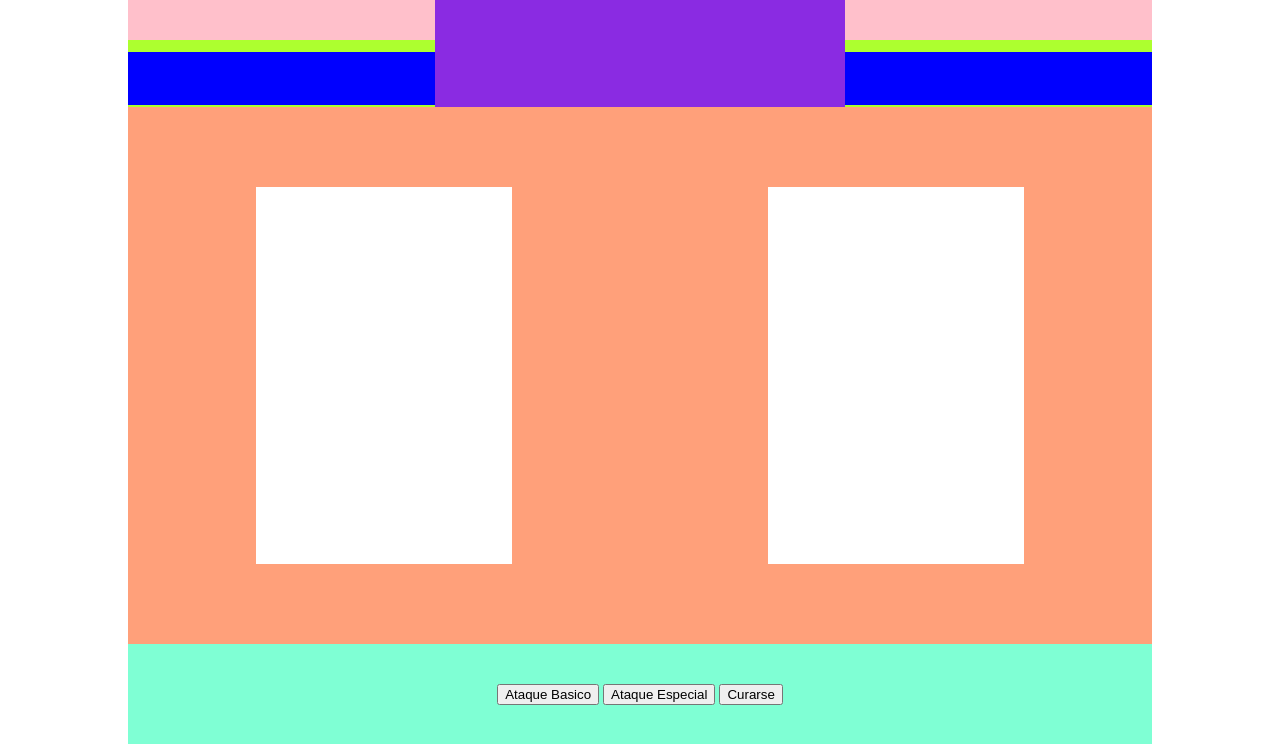
Repository: NovaDuel/novaduel-game
Page: index.html
These files come from the project's save history. The page is drawn as it stood at one moment and after the next save; the edit follows.
The browser window is 1280 px wide. The pictures show the whole page.

Above is the page before, as saved 2024-03-25 12:26:34.

After the next save:
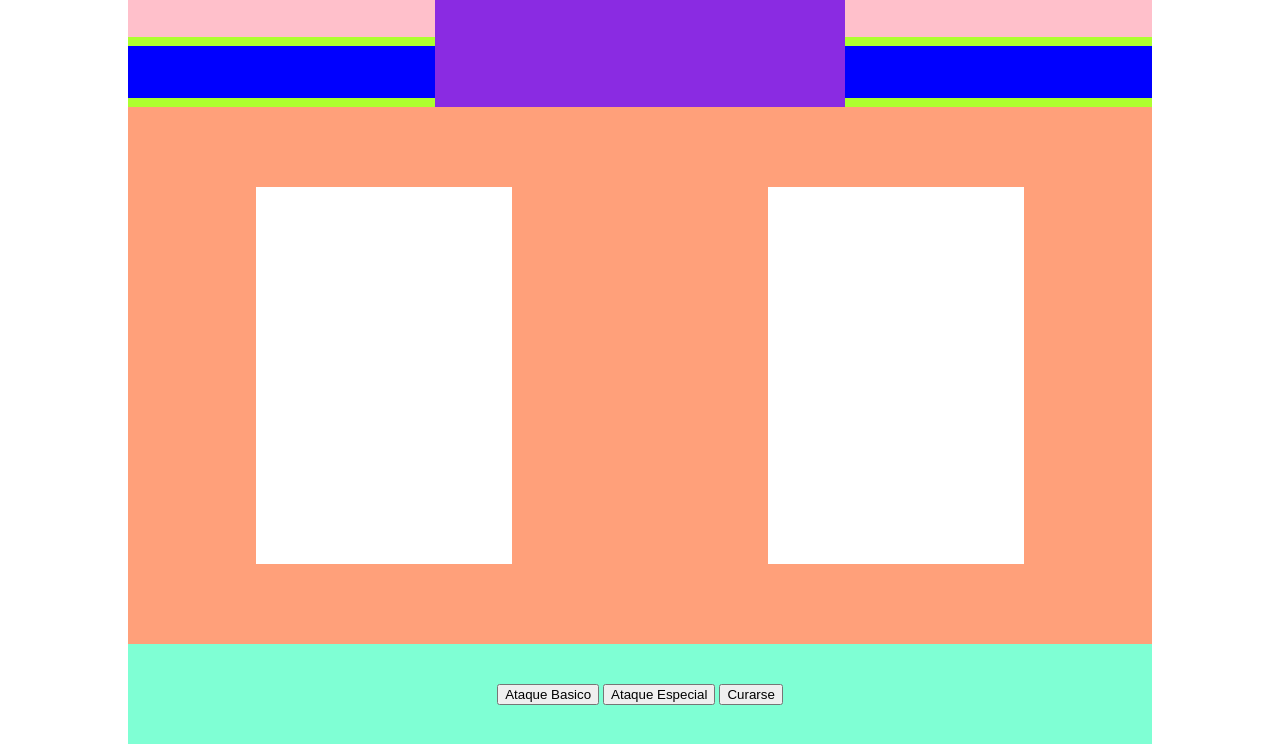
Saved 10 s later.
--- a/style.css
+++ b/style.css
@@ -34,7 +34,7 @@ body {
 .health {
     width: 100%;
     height: 40%;
-    margin: 10px 0;
+    margin: 0 20px;
     background-color: pink;
 }
 
